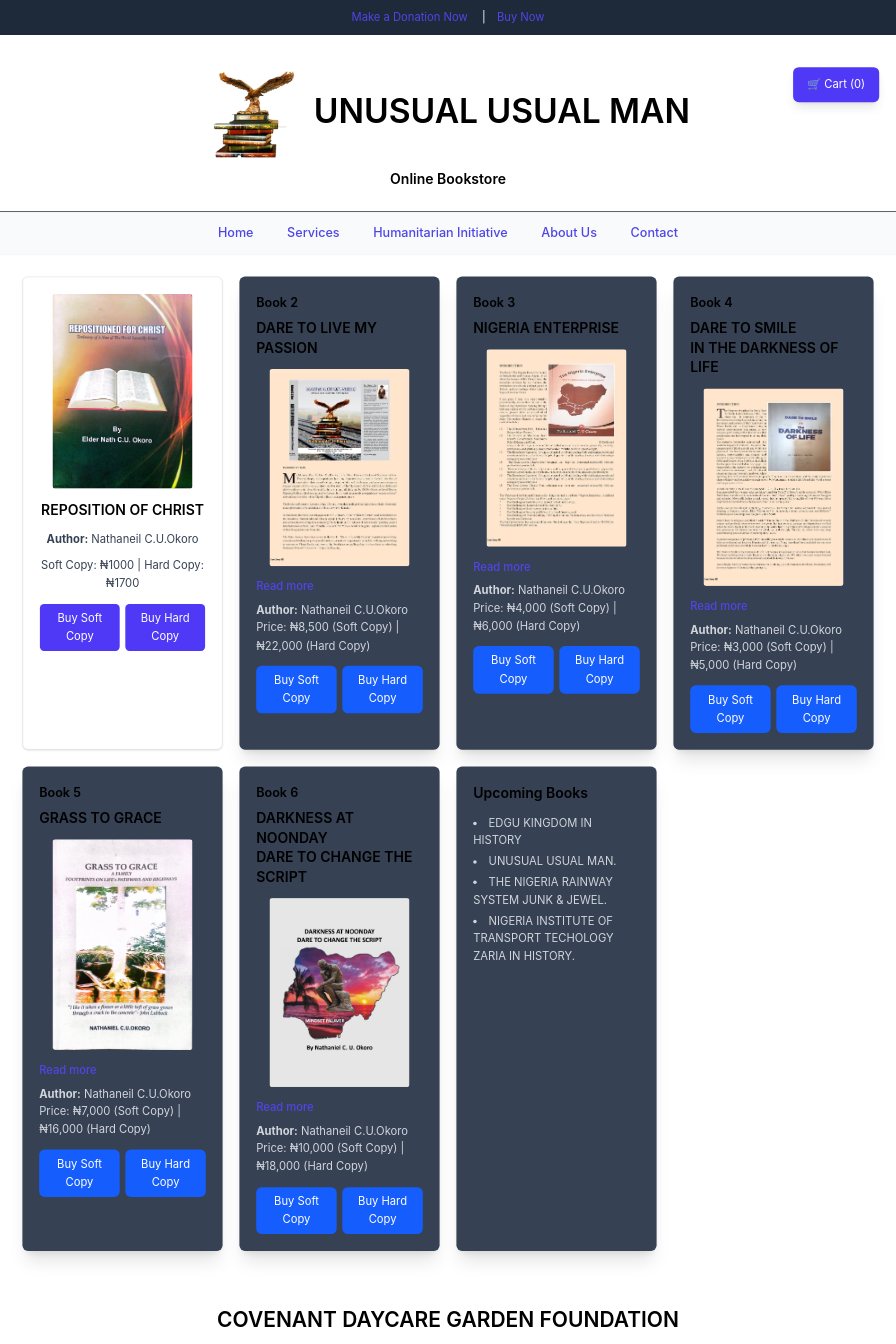
Repository: Rickyy1017/online-bookstore
Page: / (app in frontend/)
The author's editor kept a copy of each file at every save. The page is drawn from the files as they stood at one save, then again after a run of saves.
The browser window is 1280 px wide. The pictures show the part of the page from y = 0 to 1920 px (the page is 3316 px tall before and 3318 px after), at 70% of full size.
The project was rebuilt for these pictures with package versions that can differ from the ones it lists, and the page was loaded fresh each time. The framework's server and built-in components were replaced by stand-ins that run in the browser. Also part of the build but not shown: frontend/next.config.ts.

Above is the page before, as saved 2025-10-09 23:12:15.

### frontend/app/page.tsx
"use client";

import { useState } from 'react';
import Image from 'next/image';
import Link from 'next/link';

type CartItem = {
  title: string;
  price: number;
  type: string;
};

export default function Page() {
  const [cart, setCart] = useState<CartItem[]>([]);
  const [isModalOpen, setIsModalOpen] = useState(false);
  const [isBannerVisible, setIsBannerVisible] = useState(true);

  const addToCart = (title: string, price: number, type: string) => {
    setCart(prev => [...prev, { title, price, type }]);
  };

  const viewCart = () => {
    setIsModalOpen(true);
  };

  const closeCart = () => {
    setIsModalOpen(false);
  };

  const checkout = () => {
    alert('Checkout functionality not implemented yet.');
  };

  const totalPrice = cart.reduce((sum, item) => sum + item.price, 0);

  return (
    <>
      <div className={`bg-gray-800 text-white text-center py-3 ${isBannerVisible ? 'block' : 'hidden'}`}>
        <Link href="/donate" className="text-white hover:text-blue-300 mx-4 transition-colors">Make a Donation Now</Link> |
        <Link href="/buy" className="text-white hover:text-blue-300 mx-4 transition-colors">Buy Now</Link>
      </div>

      <header className="bg-white text-center py-8 shadow-md border-b">
        <div className="container mx-auto px-4">
          <h1 className="text-5xl font-bold text-gray-900 flex justify-center items-center mb-2">
            <Image src="/images/logo.png" alt="Logo" width={130} height={160} className="mr-6" />
            UNUSUAL USUAL MAN
          </h1>
          <h3 className="text-xl text-gray-600">Online Bookstore</h3>
        </div>
      </header>

      <nav className="bg-gray-50 shadow-sm">
        <div className="container mx-auto flex justify-center py-4">
          <Link href="/" className="text-gray-700 mx-6 no-underline font-medium text-lg hover:text-indigo-600 transition-colors">Home</Link>
          <Link href="/services" className="text-gray-700 mx-6 no-underline font-medium text-lg hover:text-indigo-600 transition-colors">Services</Link>
          <Link href="/humanitarian-initiative" className="text-gray-700 mx-6 no-underline font-medium text-lg hover:text-indigo-600 transition-colors">Humanitarian Initiative</Link>
          <Link href="/about" className="text-gray-700 mx-6 no-underline font-medium text-lg hover:text-indigo-600 transition-colors">About Us</Link>
          <Link href="/contact" className="text-gray-700 mx-6 no-underline font-medium text-lg hover:text-indigo-600 transition-colors">Contact</Link>
        </div>
      </nav>

      <button onClick={viewCart} className="fixed top-24 right-6 bg-indigo-600 text-white px-5 py-3 rounded-lg shadow-lg hover:bg-indigo-700 transition-all z-10">
        🛒 Cart ({cart.length})
      </button>

      <section className="container mx-auto grid grid-cols-1 md:grid-cols-2 lg:grid-cols-3 xl:grid-cols-4 gap-6 p-8">
        <div className="bg-white border border-gray-200 rounded-lg p-6 shadow-sm">
          <Image src="/images/rep.jpg" alt="REPOSITION OF CHRIST" width={200} height={300} className="mx-auto mb-4 rounded" />
          <h3 className="text-xl font-bold text-gray-900 mb-4 text-center">REPOSITION OF CHRIST</h3>
          <p className="text-gray-700 text-center mb-3"><b>Author:</b> Nathaneil C.U.Okoro</p>
          <div className="text-center mb-4">
            <p className="text-gray-700">Soft Copy: ₦1000 | Hard Copy: ₦1700</p>
          </div>
          <div className="flex gap-2">
            <button onClick={() => addToCart('REPOSITION OF CHRIST', 1000, 'Soft Copy')} className="bg-indigo-600 text-white px-4 py-2 rounded-md hover:bg-indigo-700 flex-1">Buy Soft Copy</button>
            <button onClick={() => addToCart('REPOSITION OF CHRIST', 1700, 'Hard Copy')} className="bg-indigo-600 text-white px-4 py-2 rounded-md hover:bg-indigo-700 flex-1">Buy Hard Copy</button>
          </div>
        </div>

        <div className="bg-gray-700 shadow-xl rounded-lg p-6 hover:shadow-2xl transition-shadow transform hover:scale-105">
          <h2 className="text-lg font-semibold text-gray-300 mb-2">Book 2</h2>
          <h3 className="text-xl font-bold text-white mb-4">DARE TO LIVE MY PASSION</h3>
          <Image src="/images/mypass.jpg" alt="DARE TO LIVE MY PASSION" width={200} height={300} className="mx-auto mb-4 rounded" />
          <Link href="/dare-to-live-my-passion" className="text-blue-400 hover:text-blue-300 font-medium">Read more</Link>
          <p className="text-gray-300 mt-2"><b>Author:</b> Nathaneil C.U.Okoro</p>
          <p className="text-gray-300 mb-4">Price: ₦8,500 (Soft Copy) | ₦22,000 (Hard Copy)</p>
          <div className="flex gap-2">
            <button onClick={() => addToCart('DARE TO LIVE MY PASSION', 8500, 'Soft Copy')} className="bg-blue-600 text-white px-4 py-2 rounded-lg hover:bg-blue-700 flex-1">Buy Soft Copy</button>
            <button onClick={() => addToCart('DARE TO LIVE MY PASSION', 22000, 'Hard Copy')} className="bg-blue-600 text-white px-4 py-2 rounded-lg hover:bg-blue-700 flex-1">Buy Hard Copy</button>
          </div>
        </div>

        <div className="bg-gray-700 shadow-xl rounded-lg p-6 hover:shadow-2xl transition-shadow transform hover:scale-105">
          <h2 className="text-lg font-semibold text-gray-300 mb-2">Book 3</h2>
          <h3 className="text-xl font-bold text-white mb-4">NIGERIA ENTERPRISE</h3>
          <Image src="/images/nige.jpg" alt="NIGERIA ENTERPRISE" width={200} height={300} className="mx-auto mb-4 rounded" />
          <Link href="/nigeria-enterprise" className="text-blue-400 hover:text-blue-300 font-medium">Read more</Link>
          <p className="text-gray-300 mt-2"><b>Author:</b> Nathaneil C.U.Okoro</p>
          <p className="text-gray-300 mb-4">Price: ₦4,000 (Soft Copy) | ₦6,000 (Hard Copy)</p>
          <div className="flex gap-2">
            <button onClick={() => addToCart('NIGERIA ENTERPRISE', 4000, 'Soft Copy')} className="bg-blue-600 text-white px-4 py-2 rounded-lg hover:bg-blue-700 flex-1">Buy Soft Copy</button>
            <button onClick={() => addToCart('NIGERIA ENTERPRISE', 6000, 'Hard Copy')} className="bg-blue-600 text-white px-4 py-2 rounded-lg hover:bg-blue-700 flex-1">Buy Hard Copy</button>
          </div>
        </div>

        <div className="bg-gray-700 shadow-xl rounded-lg p-6 hover:shadow-2xl transition-shadow transform hover:scale-105">
          <h2 className="text-lg font-semibold text-gray-300 mb-2">Book 4</h2>
          <h3 className="text-xl font-bold text-white mb-4">DARE TO SMILE <br /> IN THE DARKNESS OF LIFE</h3>
          <Image src="/images/dare.jpg" alt="DARE TO SMILE IN THE DARKNESS OF LIFE" width={200} height={300} className="mx-auto mb-4 rounded" />
          <Link href="/dare-to-smile" className="text-blue-400 hover:text-blue-300 font-medium">Read more</Link>
          <p className="text-gray-300 mt-2"><b>Author:</b> Nathaneil C.U.Okoro</p>
          <p className="text-gray-300 mb-4">Price: ₦3,000 (Soft Copy) | ₦5,000 (Hard Copy)</p>
          <div className="flex gap-2">
            <button onClick={() => addToCart('DARE TO SMILE IN THE DARKNESS OF LIFE', 3000, 'Soft Copy')} className="bg-blue-600 text-white px-4 py-2 rounded-lg hover:bg-blue-700 flex-1">Buy Soft Copy</button>
            <button onClick={() => addToCart('DARE TO SMILE IN THE DARKNESS OF LIFE', 5000, 'Hard Copy')} className="bg-blue-600 text-white px-4 py-2 rounded-lg hover:bg-blue-700 flex-1">Buy Hard Copy</button>
          </div>
        </div>

        <div className="bg-gray-700 shadow-xl rounded-lg p-6 hover:shadow-2xl transition-shadow transform hover:scale-105">
          <h2 className="text-lg font-semibold text-gray-300 mb-2">Book 5</h2>
          <h3 className="text-xl font-bold text-white mb-4">GRASS TO GRACE</h3>
          <Image src="/images/grasee (1).jpg" alt="GRASS TO GRACE" width={200} height={300} className="mx-auto mb-4 rounded" />
          <Link href="/grass-to-grace" className="text-blue-400 hover:text-blue-300 font-medium">Read more</Link>
          <p className="text-gray-300 mt-2"><b>Author:</b> Nathaneil C.U.Okoro</p>
          <p className="text-gray-300 mb-4">Price: ₦7,000 (Soft Copy) | ₦16,000 (Hard Copy)</p>
          <div className="flex gap-2">
            <button onClick={() => addToCart('GRASS TO GRACE', 7000, 'Soft Copy')} className="bg-blue-600 text-white px-4 py-2 rounded-lg hover:bg-blue-700 flex-1">Buy Soft Copy</button>
            <button onClick={() => addToCart('GRASS TO GRACE', 16000, 'Hard Copy')} className="bg-blue-600 text-white px-4 py-2 rounded-lg hover:bg-blue-700 flex-1">Buy Hard Copy</button>
          </div>
        </div>

        <div className="bg-gray-700 shadow-xl rounded-lg p-6 hover:shadow-2xl transition-shadow transform hover:scale-105">
          <h2 className="text-lg font-semibold text-gray-300 mb-2">Book 6</h2>
          <h3 className="text-xl font-bold text-white mb-4">DARKNESS AT NOONDAY <br /> DARE TO CHANGE THE SCRIPT</h3>
          <Image src="/images/dark.png" alt="DARKNESS AT NOONDAY DARE TO CHANGE THE SCRIPT" width={200} height={300} className="mx-auto mb-4 rounded" />
          <Link href="/darkness-at-noonday" className="text-blue-400 hover:text-blue-300 font-medium">Read more</Link>
          <p className="text-gray-300 mt-2"><b>Author:</b> Nathaneil C.U.Okoro</p>
          <p className="text-gray-300 mb-4">Price: ₦10,000 (Soft Copy) | ₦18,000 (Hard Copy)</p>
          <div className="flex gap-2">
            <button onClick={() => addToCart('DARKNESS AT NOONDAY DARE TO CHANGE THE SCRIPT', 10000, 'Soft Copy')} className="bg-blue-600 text-white px-4 py-2 rounded-lg hover:bg-blue-700 flex-1">Buy Soft Copy</button>
            <button onClick={() => addToCart('DARKNESS AT NOONDAY DARE TO CHANGE THE SCRIPT', 18000, 'Hard Copy')} className="bg-blue-600 text-white px-4 py-2 rounded-lg hover:bg-blue-700 flex-1">Buy Hard Copy</button>
          </div>
        </div>

        <div className="bg-gray-700 shadow-xl rounded-lg p-6 hover:shadow-2xl transition-shadow transform hover:scale-105">
          <h2 className="text-xl font-bold text-white mb-4">Upcoming Books</h2>
          <ul className="list-disc list-inside text-gray-300 space-y-1">
            <li>EDGU KINGDOM IN HISTORY</li>
            <li>UNUSUAL USUAL MAN.</li>
            <li>THE NIGERIA RAINWAY SYSTEM JUNK & JEWEL.</li>
            <li>NIGERIA INSTITUTE OF TRANSPORT TECHOLOGY ZARIA IN HISTORY.</li>
          </ul>
        </div>
      </section>

      <div className="container mx-auto text-center py-12">
        <h2 className="text-3xl font-bold text-white mb-8">COVENANT DAYCARE GARDEN FOUNDATION</h2>
        <div className="flex justify-center gap-8 mb-8">
          <Image src="/images/daycare1.png" alt="Daycare 1" width={300} height={200} className="rounded-lg shadow-lg" />
          <Image src="/images/daycare2.jpg" alt="Daycare 2" width={300} height={200} className="rounded-lg shadow-lg" />
        </div>
        <p className="text-gray-300 max-w-2xl mx-auto">A proud initiative dedicated to supporting elders and widows in need through community care and support programs.</p>
      </div>

      {isModalOpen && (
        <div className="fixed inset-0 bg-black bg-opacity-75 flex justify-center items-center z-50">
          <div className="bg-gray-800 p-8 rounded-xl shadow-2xl max-w-lg w-full mx-4">
            <div className="flex justify-between items-center mb-6">
              <h2 className="text-2xl font-bold text-white">Your Cart</h2>
              <span onClick={closeCart} className="cursor-pointer text-3xl text-gray-400 hover:text-white">&times;</span>
            </div>
            <ul className="mb-6 space-y-2">
              {cart.map((item, index) => (
                <li key={index} className="text-gray-300 bg-gray-700 p-3 rounded">{item.title} - {item.type} - ₦{item.price}</li>
              ))}
            </ul>
            <div className="flex justify-between items-center mb-6">
              <p className="text-xl font-semibold text-white">Total: ₦{totalPrice}</p>
            </div>
            <button onClick={checkout} className="w-full bg-blue-600 text-white px-6 py-3 rounded-lg hover:bg-blue-700 font-medium">Proceed to Checkout</button>
          </div>
        </div>
      )}

      <footer className="bg-gray-900 text-white py-12 mt-16">
        <div className="container mx-auto px-4">
          <div className="text-center mb-8">
            <p className="text-lg font-semibold">© 2025 Covenant Books & Consulting. All Rights Reserved.</p>
            <p className="text-gray-400 mt-2">Empowering lives through literature, community support, and global business expertise.</p>
          </div>
          <nav className="flex justify-center mb-8 space-x-6">
            <Link href="/about" className="text-gray-300 hover:text-blue-400 transition-colors">About Us</Link>
            <Link href="/services" className="text-gray-300 hover:text-blue-400 transition-colors">Services</Link>
            <Link href="/contact" className="text-gray-300 hover:text-blue-400 transition-colors">Contact Us</Link>
          </nav>
          <div className="flex justify-center mb-8 space-x-4">
            <a href="#" className="text-gray-400 hover:text-blue-400 transition-colors">Facebook</a>
            <a href="#" className="text-gray-400 hover:text-blue-400 transition-colors">Twitter</a>
            <a href="#" className="text-gray-400 hover:text-blue-400 transition-colors">LinkedIn</a>
          </div>
          <p className="text-center text-gray-400">Covenant Daycare Garden Foundation is a proud initiative dedicated to supporting elders and widows in need.</p>
        </div>
      </footer>
    </>
  );
}

### frontend/app/globals.css
@import "tailwindcss";
@import url('https://fonts.googleapis.com/css2?family=Inter:wght@300;400;500;600;700&display=swap');

:root {
  --background: #ffffff;
  --foreground: #000000;
  --accent: #4f46e5;
  --accent-hover: #3730a3;
}

@theme inline {
  --color-background: var(--background);
  --color-foreground: var(--foreground);
  --font-sans: 'Inter', sans-serif;
  --font-mono: var(--font-geist-mono);
}

body {
  background: var(--background);
  color: var(--foreground);
  font-family: 'Inter', sans-serif;
  line-height: 1.6;
}

h1, h2, h3, h4, h5, h6 {
  font-weight: 600;
  color: var(--foreground);
}

a {
  color: var(--accent);
  transition: color 0.2s ease;
}

a:hover {
  color: var(--accent-hover);
}

button {
  transition: all 0.2s ease;
}

Loaded but not shown: frontend/app/layout.tsx (common file)

After the next 7 saves:
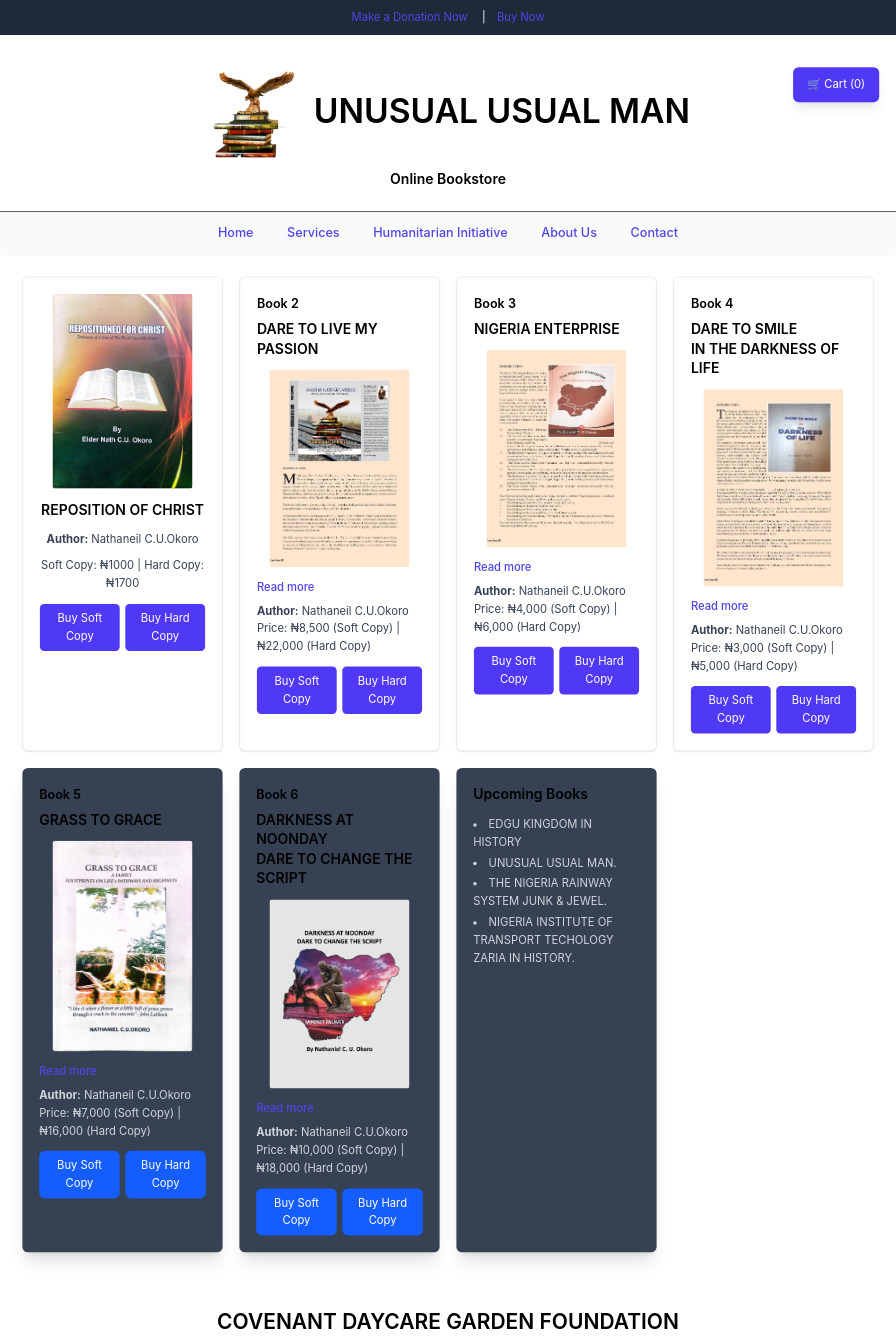
The 7 saves are shown as one change because they came seconds apart.
The last was saved 56 s later.
--- a/frontend/app/page.tsx
+++ b/frontend/app/page.tsx
@@ -78,42 +78,42 @@ export default function Page() {
           </div>
         </div>
 
-        <div className="bg-gray-700 shadow-xl rounded-lg p-6 hover:shadow-2xl transition-shadow transform hover:scale-105">
-          <h2 className="text-lg font-semibold text-gray-300 mb-2">Book 2</h2>
-          <h3 className="text-xl font-bold text-white mb-4">DARE TO LIVE MY PASSION</h3>
+        <div className="bg-white border border-gray-200 rounded-lg p-6 shadow-sm">
+          <h2 className="text-lg font-semibold text-gray-800 mb-2">Book 2</h2>
+          <h3 className="text-xl font-bold text-gray-900 mb-4">DARE TO LIVE MY PASSION</h3>
           <Image src="/images/mypass.jpg" alt="DARE TO LIVE MY PASSION" width={200} height={300} className="mx-auto mb-4 rounded" />
-          <Link href="/dare-to-live-my-passion" className="text-blue-400 hover:text-blue-300 font-medium">Read more</Link>
-          <p className="text-gray-300 mt-2"><b>Author:</b> Nathaneil C.U.Okoro</p>
-          <p className="text-gray-300 mb-4">Price: ₦8,500 (Soft Copy) | ₦22,000 (Hard Copy)</p>
-          <div className="flex gap-2">
-            <button onClick={() => addToCart('DARE TO LIVE MY PASSION', 8500, 'Soft Copy')} className="bg-blue-600 text-white px-4 py-2 rounded-lg hover:bg-blue-700 flex-1">Buy Soft Copy</button>
-            <button onClick={() => addToCart('DARE TO LIVE MY PASSION', 22000, 'Hard Copy')} className="bg-blue-600 text-white px-4 py-2 rounded-lg hover:bg-blue-700 flex-1">Buy Hard Copy</button>
-          </div>
-        </div>
-
-        <div className="bg-gray-700 shadow-xl rounded-lg p-6 hover:shadow-2xl transition-shadow transform hover:scale-105">
-          <h2 className="text-lg font-semibold text-gray-300 mb-2">Book 3</h2>
-          <h3 className="text-xl font-bold text-white mb-4">NIGERIA ENTERPRISE</h3>
+          <Link href="/dare-to-live-my-passion" className="text-indigo-600 hover:text-indigo-800 font-medium">Read more</Link>
+          <p className="text-gray-700 mt-2"><b>Author:</b> Nathaneil C.U.Okoro</p>
+          <p className="text-gray-700 mb-4">Price: ₦8,500 (Soft Copy) | ₦22,000 (Hard Copy)</p>
+          <div className="flex gap-2">
+            <button onClick={() => addToCart('DARE TO LIVE MY PASSION', 8500, 'Soft Copy')} className="bg-indigo-600 text-white px-4 py-2 rounded-md hover:bg-indigo-700 flex-1">Buy Soft Copy</button>
+            <button onClick={() => addToCart('DARE TO LIVE MY PASSION', 22000, 'Hard Copy')} className="bg-indigo-600 text-white px-4 py-2 rounded-md hover:bg-indigo-700 flex-1">Buy Hard Copy</button>
+          </div>
+        </div>
+
+        <div className="bg-white border border-gray-200 rounded-lg p-6 shadow-sm">
+          <h2 className="text-lg font-semibold text-gray-800 mb-2">Book 3</h2>
+          <h3 className="text-xl font-bold text-gray-900 mb-4">NIGERIA ENTERPRISE</h3>
           <Image src="/images/nige.jpg" alt="NIGERIA ENTERPRISE" width={200} height={300} className="mx-auto mb-4 rounded" />
-          <Link href="/nigeria-enterprise" className="text-blue-400 hover:text-blue-300 font-medium">Read more</Link>
-          <p className="text-gray-300 mt-2"><b>Author:</b> Nathaneil C.U.Okoro</p>
-          <p className="text-gray-300 mb-4">Price: ₦4,000 (Soft Copy) | ₦6,000 (Hard Copy)</p>
-          <div className="flex gap-2">
-            <button onClick={() => addToCart('NIGERIA ENTERPRISE', 4000, 'Soft Copy')} className="bg-blue-600 text-white px-4 py-2 rounded-lg hover:bg-blue-700 flex-1">Buy Soft Copy</button>
-            <button onClick={() => addToCart('NIGERIA ENTERPRISE', 6000, 'Hard Copy')} className="bg-blue-600 text-white px-4 py-2 rounded-lg hover:bg-blue-700 flex-1">Buy Hard Copy</button>
-          </div>
-        </div>
-
-        <div className="bg-gray-700 shadow-xl rounded-lg p-6 hover:shadow-2xl transition-shadow transform hover:scale-105">
-          <h2 className="text-lg font-semibold text-gray-300 mb-2">Book 4</h2>
-          <h3 className="text-xl font-bold text-white mb-4">DARE TO SMILE <br /> IN THE DARKNESS OF LIFE</h3>
+          <Link href="/nigeria-enterprise" className="text-indigo-600 hover:text-indigo-800 font-medium">Read more</Link>
+          <p className="text-gray-700 mt-2"><b>Author:</b> Nathaneil C.U.Okoro</p>
+          <p className="text-gray-700 mb-4">Price: ₦4,000 (Soft Copy) | ₦6,000 (Hard Copy)</p>
+          <div className="flex gap-2">
+            <button onClick={() => addToCart('NIGERIA ENTERPRISE', 4000, 'Soft Copy')} className="bg-indigo-600 text-white px-4 py-2 rounded-md hover:bg-indigo-700 flex-1">Buy Soft Copy</button>
+            <button onClick={() => addToCart('NIGERIA ENTERPRISE', 6000, 'Hard Copy')} className="bg-indigo-600 text-white px-4 py-2 rounded-md hover:bg-indigo-700 flex-1">Buy Hard Copy</button>
+          </div>
+        </div>
+
+        <div className="bg-white border border-gray-200 rounded-lg p-6 shadow-sm">
+          <h2 className="text-lg font-semibold text-gray-800 mb-2">Book 4</h2>
+          <h3 className="text-xl font-bold text-gray-900 mb-4">DARE TO SMILE <br /> IN THE DARKNESS OF LIFE</h3>
           <Image src="/images/dare.jpg" alt="DARE TO SMILE IN THE DARKNESS OF LIFE" width={200} height={300} className="mx-auto mb-4 rounded" />
-          <Link href="/dare-to-smile" className="text-blue-400 hover:text-blue-300 font-medium">Read more</Link>
-          <p className="text-gray-300 mt-2"><b>Author:</b> Nathaneil C.U.Okoro</p>
-          <p className="text-gray-300 mb-4">Price: ₦3,000 (Soft Copy) | ₦5,000 (Hard Copy)</p>
-          <div className="flex gap-2">
-            <button onClick={() => addToCart('DARE TO SMILE IN THE DARKNESS OF LIFE', 3000, 'Soft Copy')} className="bg-blue-600 text-white px-4 py-2 rounded-lg hover:bg-blue-700 flex-1">Buy Soft Copy</button>
-            <button onClick={() => addToCart('DARE TO SMILE IN THE DARKNESS OF LIFE', 5000, 'Hard Copy')} className="bg-blue-600 text-white px-4 py-2 rounded-lg hover:bg-blue-700 flex-1">Buy Hard Copy</button>
+          <Link href="/dare-to-smile" className="text-indigo-600 hover:text-indigo-800 font-medium">Read more</Link>
+          <p className="text-gray-700 mt-2"><b>Author:</b> Nathaneil C.U.Okoro</p>
+          <p className="text-gray-700 mb-4">Price: ₦3,000 (Soft Copy) | ₦5,000 (Hard Copy)</p>
+          <div className="flex gap-2">
+            <button onClick={() => addToCart('DARE TO SMILE IN THE DARKNESS OF LIFE', 3000, 'Soft Copy')} className="bg-indigo-600 text-white px-4 py-2 rounded-md hover:bg-indigo-700 flex-1">Buy Soft Copy</button>
+            <button onClick={() => addToCart('DARE TO SMILE IN THE DARKNESS OF LIFE', 5000, 'Hard Copy')} className="bg-indigo-600 text-white px-4 py-2 rounded-md hover:bg-indigo-700 flex-1">Buy Hard Copy</button>
           </div>
         </div>
 
